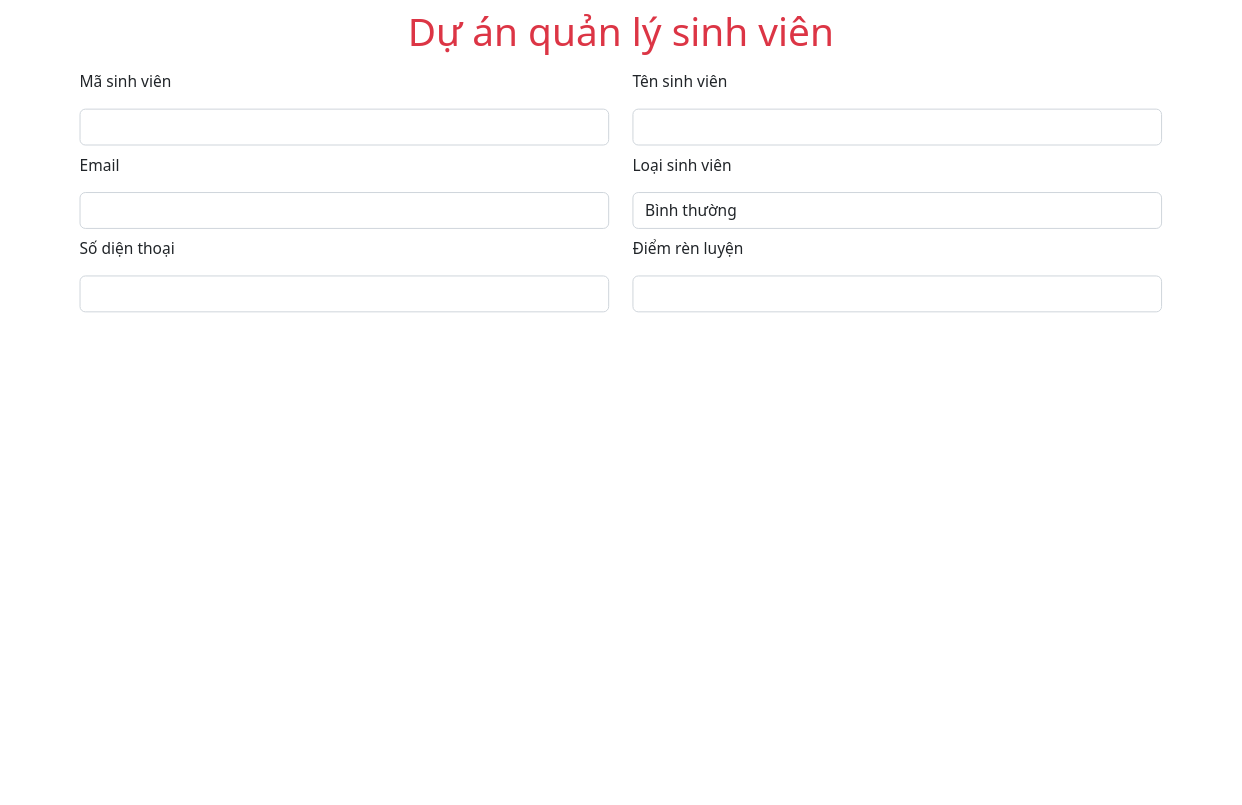
Repository: hcozyph/Cybersoft_JS_OOP
Page: index.html
The author's editor kept a copy of each file at every save. The page is drawn from the files as they stood at one save, then again after the next save.
The browser window is 1280 px wide. The pictures show the whole page, at 97% of full size.

Above is the page before, as saved 2023-02-26 09:25:50.

After the next save:
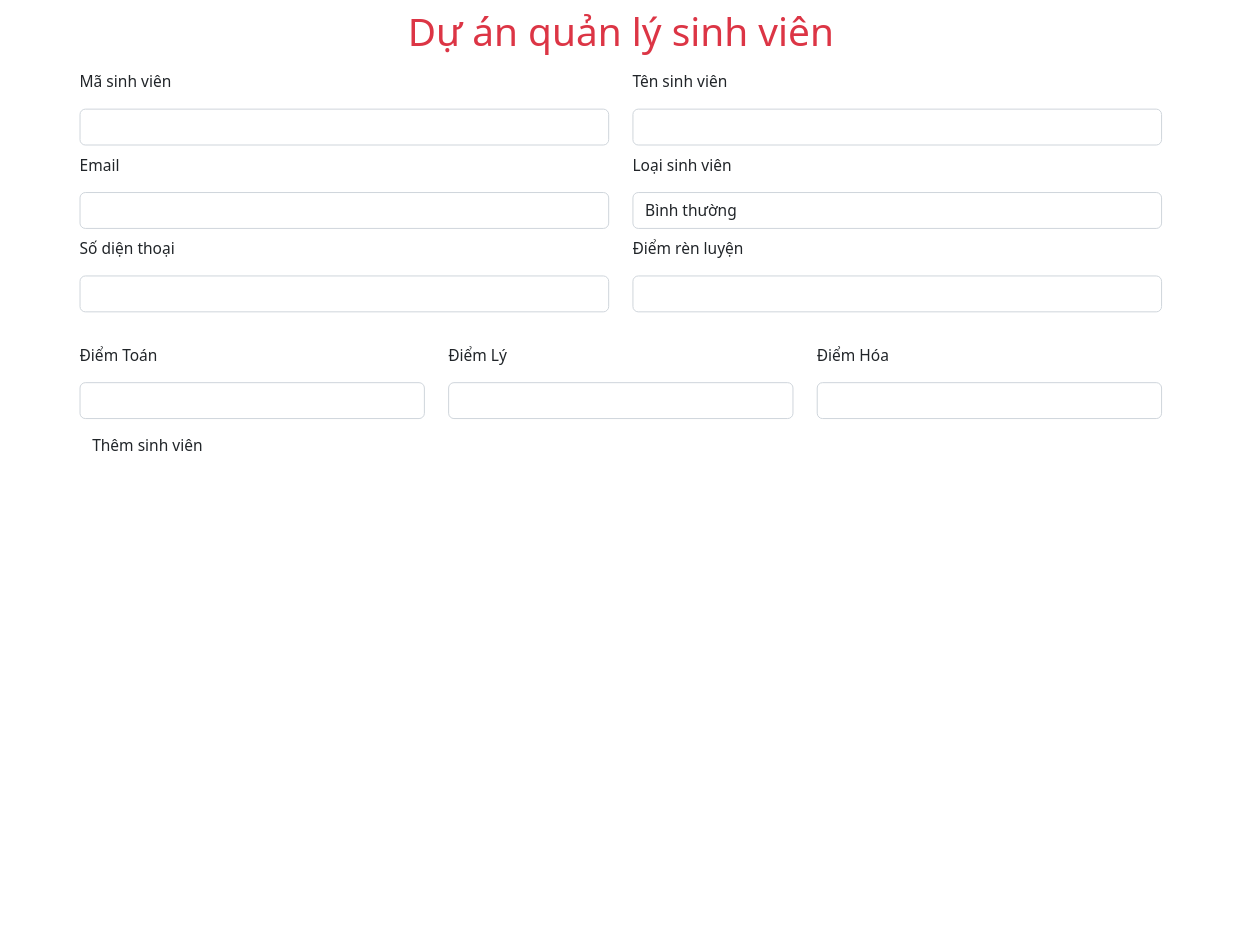
Saved 2 min 34 s later.
--- a/index.html
+++ b/index.html
@@ -69,6 +69,25 @@
                     </div>
                 </div>
 
+                <div class="row mt-4">
+                    <div class="col-md-4">
+                        <p>Điểm Toán</p>
+                        <input type="number" id="diemToan" class="form-control" >
+                    </div>
+                    <div class="col-md-4">
+                        <p>Điểm Lý</p>
+                        <input type="number" id="diemLy" class="form-control" >
+                    </div>
+                    <div class="col-md-4">
+                        <p>Điểm Hóa</p>
+                        <input type="number" id="diemHoa" class="form-control" >
+                    </div>
+                </div>
+
+                <div class='mt-2'>
+                    <button class="btn btn-darl" id="btnThemSinhVien">Thêm sinh viên</button>
+                </div>
+
             </div>
         </div>
 
